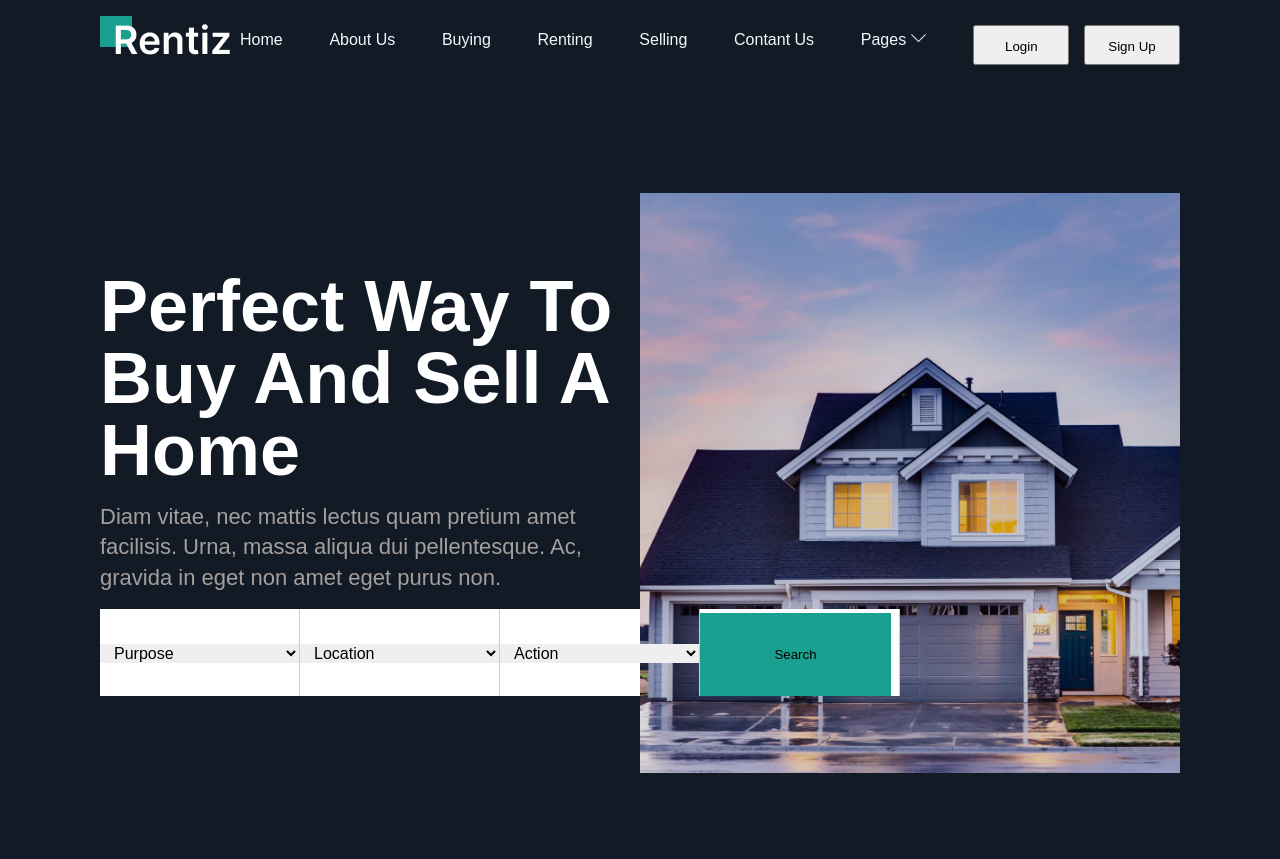
Repository: tung1233hhhhhhhhhhhhh/WebClone-Home
Page: index.html
These files come from the project's save history. The page is drawn as it stood at one moment and after the next save; the edit follows.
The browser window is 1280 px wide. The pictures show the whole page.

Above is the page before, as saved 2023-05-23 15:42:44.

After the next save:
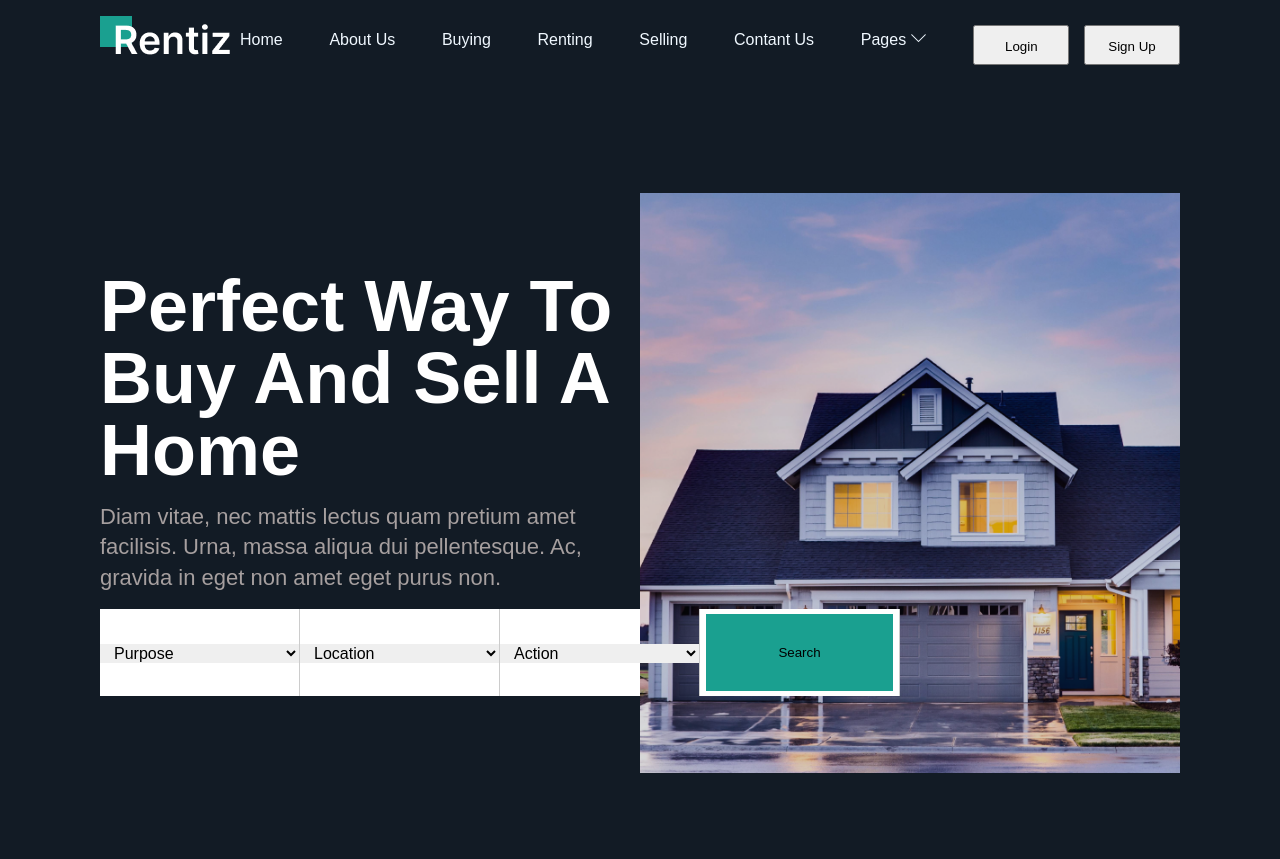
Saved 3 min 47 s later.
--- a/assets/css/main.css
+++ b/assets/css/main.css
@@ -143,11 +143,11 @@ body {
 
 .navbar-billboard .billboard-btn .btn-select {
     border: none;
-    width: 96%;
-    height: 96%;
+    width: 94%;
+    height: 89%;
     background-color: var(--accent-color);
-    text-align: center;
-
+    margin-left: 6px;
+    transform: translateY(-2px);
 }
 
 #billboard .main .billboard-img {
